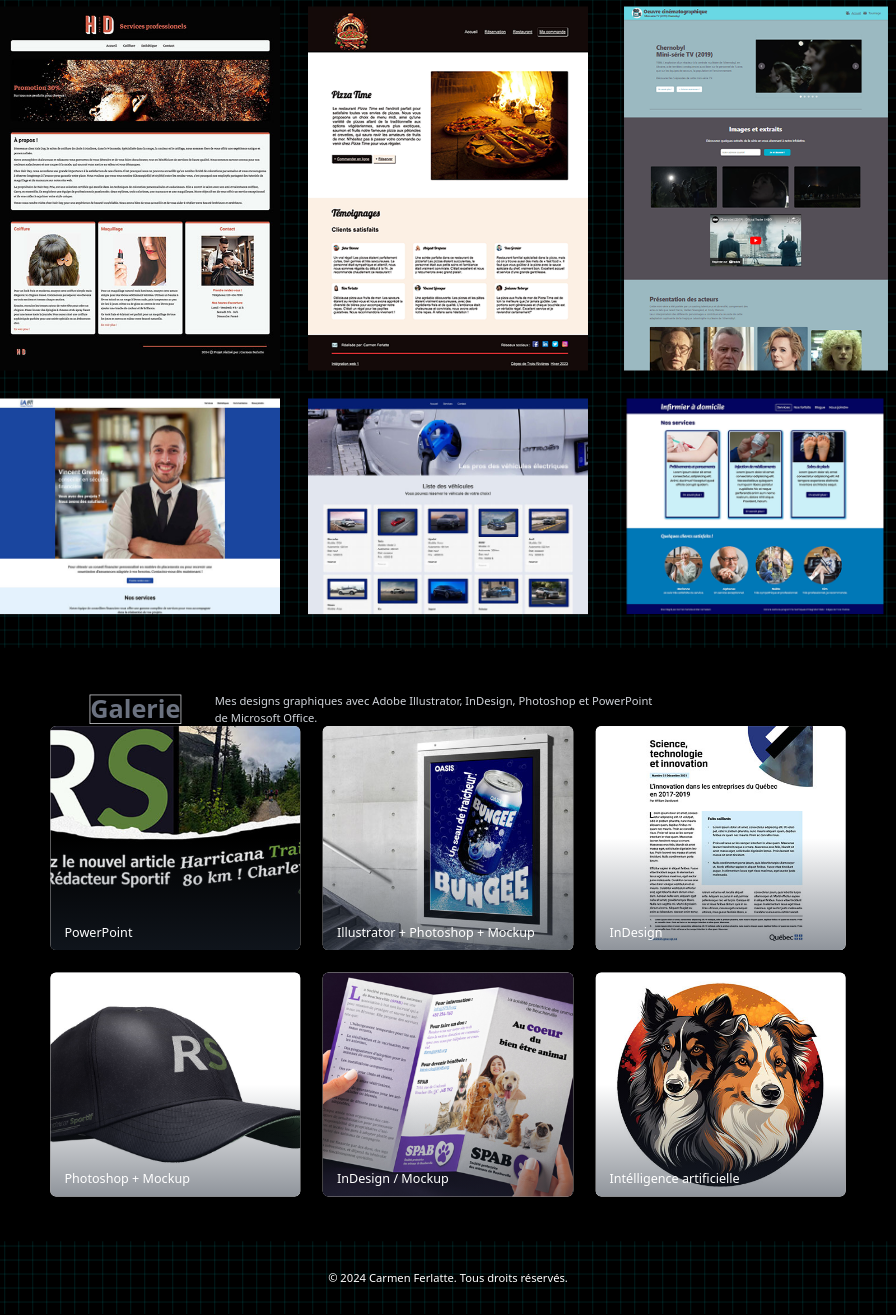
Repository: CarmenFerlatte/TP3__FerlatteCarmen
Page: realisations.html
These files come from the project's save history. The page is drawn as it stood at one moment and after the next save; the edit follows.
The browser window is 1280 px wide. The pictures show the part of the page from y = 1015 to 2935 px (the page is 2893 px tall before and 2935 px after), at 70% of full size.
Some web libraries are served in a nearby version. The style sheet was rebuilt from its Sass, Less or Tailwind sources for each picture, by a compiler version that may differ from the author's.

Above is the page before, as saved 2024-08-22 11:31:30.
Console error: TypeError: Cannot read properties of null (reading 'addEventListener')

### realisations.html
<!DOCTYPE html>
<html lang="fr-ca">
<head>
    <meta charset="UTF-8">
    <meta name="viewport" content="width=device-width, initial-scale=1.0">
    <link href="https://cdn.jsdelivr.net/npm/tailwindcss@2.2.19/dist/tailwind.min.css" rel="stylesheet">
    <title>Mon Portefolio</title>
    <script src="https://cdn.tailwindcss.com"></script>
    <link href="https://cdn.jsdelivr.net/npm/tailwindcss@2.2.19/dist/tailwind.min.css" rel="stylesheet">
    <link rel="stylesheet" href="https://cdnjs.cloudflare.com/ajax/libs/font-awesome/6.4.0/css/all.min.css">
    <link rel="stylesheet" href="style/css/style.css">
    <link rel="apple-touch-icon" sizes="180x180" href="img/favicons/apple-touch-icon.png">
    <link rel="icon" type="image/png" sizes="32x32" href="img/favicons/favicon-32x32.png">
    <link rel="icon" type="image/png" sizes="16x16" href="img/favicons/favicon-16x16.png">
    <link rel="manifest" href="img/favicons/site.webmanifest">
    <script src="https://code.jquery.com/jquery-3.6.0.min.js"></script>
    <script src="js/navbar.js" defer></script>
    <script src="js/script.js" defer></script>
    <script src="js/header.js" defer></script>
    <script src="js/install.js" defer></script>
    <script>
        $(function(){
            $("#header").load("assets/php/header.html");
            $("#footer").load("assets/php/footer.html");
        });
    </script>
</head>

<body class="bg-black text-white h-dvh">
    <header id="header"></header>

<main>
    <section class="md:h-full bg-black text-white py-8 sm:py-11 lg:py-12">
         <h1 class="text-2xl md:text-3xl lg:text-4xl xl:text-5xl font-bold text-center mt-20 border">Mes Réalisations</h1>
    <div class="container flex justify-center items-center mx-auto px-4 py-10 sm:py-20 md:py-4">

        <p class="text-sm sm:text-md md:text-base lg:text-1xl xl:text-2xl leading-6 text-left lg:py-20 px-5 md:px-2 lg:px-1 2xl:px-0 text-gray-200 border">Passionnée par le développement web 🖥  et le design 🎨, j'ai réalisé divers projets mettant en œuvre mes compétences 📑  en HTML , CSS, JavaScript et React. Ces technologies 👩‍💻 me permettent de créer des interfaces dynamiques 🚀 et interactives, alliant esthétisme et fonctionnalité. Parallèlement, j'explore ma créativité à travers des travaux de design élaborés avec la suite Adobe, où je m'applique avec enthousiasme 😃  à transformer des idées en visuels percutants. Mon approche multidisciplinaire me permet d'allier techniques de programmation et sens de l'esthétique <span><img class="w-7 inline-block align-middle" src="img/icons/design_web.svg" alt="icone design web"></span> , garantissant des projets non seulement performants mais également visuellement 👀 attrayants.  </p>

    </div>

<div class="container mx-auto px-4 py-1 md:py-5 md:mb-0 mt-[-10px] md:mt-0">
    <div class="grid grid-cols-12 gap-4 flex items-stretch px-5 md:px-2 lg:px-1">
        <div class="col-span-12 md:col-span-6 lg:col-span-4">
            <a href="#projets" title="Voir les projets">
                <div class="relative group cursor-pointer bg-gray-800 p-6 rounded-lg shadow-lg hover:bg-gray-700 hover:shadow-xl transition duration-300">
                    <h3 class="text-lg md:text-1xl lg:text-2xl font-bold text-gray-200">Développement Web</h3>
                    <p class="text-base md:text-lg lg:text-1xl  text-gray-300 mt-4 mb-1">Projets réalisés en HTML, CSS, JavaScript et React.</p>
                    <p class="flex">
                        <img src="img/icons/html5_icon.svg" alt="HTML5 icône" class="w-8 h-8 mt-2 mx-1">
                        <img src="img/icons/css3_icon.svg" alt="CSS3 icône" class="w-8 h-8 mt-2 mx-1">
                        <img src="img/icons/javascript_icon.svg" alt="JavaScript icône" class="w-7 h-7 mt-3 mx-1">
                        <img src="img/icons/react_native_icon.svg" alt="React icône" class="w-8 h-8 mt-3 mx-1">
                    </p>
                </div>
            </a>
        </div>

        <div class="col-span-12 md:col-span-6 lg:col-span-4 flex flex-col">
            <a href="#galerie" title="Voir les designs" class="flex-grow">
                <div class="relative group cursor-pointer bg-gray-800 p-6 rounded-lg shadow-lg hover:bg-gray-700 hover:shadow-xl transition duration-300 flex flex-col">
                    <h3 class="text-lg md:text-1xl lg:text-2xl font-bold text-gray-200 group">Design Graphique</h3>
                    <p class="text-base md:text-lg lg:text-1xl text-gray-300 mt-4 mb-1">Designs graphiques avec la suite Adobe et PowerPoint.</p>
                    <div class="flex">
                        <img src="img/icons/adobe-illustrator_icon.svg" alt="Illustrator icône" class="w-8 h-8 mt-2 mx-1">
                        <img src="img/icons/adobe_photoshop_icon.svg" alt="Photoshop icône" class="w-8 h-8 mt-2 mx-1">
                        <img src="img/icons/adobe_indesign_icon.svg" alt="InDesign icône" class="w-8 h-8 mt-2 mx-1">
                        <img src="img/icons/adobe-xd_icon.svg" alt="XD icône" class="w-8 h-8 mt-2 mx-1">
                        <img src="img/icons/Adobe_Acrobat_Reader_icon.svg" alt="Acrobat Reader icône" class="w-6 h-6 mt-3 mx-1">
                        <img src="img/icons/microsoft_powerpoint_icon.svg" alt="PowerPoint icône" class="w-8 h-8 mt-2 mx-1">
                    </div>
                </div>
            </a>
        </div>

        <div class="col-span-12 md:col-span-6 lg:col-span-4 flex flex-col">
            <a href="#galerie" title="Voir les projets" class="flex-grow">
                <div class="relative group cursor-pointer bg-gray-800 p-6 rounded-lg shadow-lg hover:bg-gray-700 hover:shadow-xl transition duration-300 flex flex-col">
                    <h3 class="text-lg md:text-1xl lg:text-2xl font-bold text-gray-200">Intelligence Artificielle</h3>
                    <p class="text-base md:text-lg lg:text-2xl text-gray-300 mt-4 mb-1">Création de logos avec l'intelligence artificielle.</p>
                    <div class="flex">
                        <img src="img/icons/intelligence_artificielle_icon.svg" alt="PowerPoint icône" class="w-8 h-8 mt-2 mx-1">
                    </div>
                </div>
            </a>
        </div>
    </div>
</div>


    </section>

    <section class="cyber-grid md:mt-auto">
        <div class="max-w-screen-sm md:max-w-screen-md lg:max-w-screen-lg 2xl:max-w-screen-2xl mx-auto flex inlign-flex align-items pt-10"><h2 id="projets" class="text-2xl md:text-3xl lg:text-4xl font-bold text-gray-500 lg:text-3xl dark:text-white ml-10 sm:ml-0">Projets</h2>
        <p class="hidden max-w-screen-sm text-1xl text-gray-300 dark:text-gray-300 md:block pt-3 pl-5">
                Projets réalisés en html, css et JavaScript.
                </p></div>
    <div class="container mx-auto py-8 md:mt-2 px-2 md:px-2 lg:px-0">

        <div class="grid grid-cols-1 md:grid-cols-2 lg:grid-cols-3 gap-10 p-4 w-full mx-auto place-items-start px-10 sm:px-0">
            <img class="hover:opacity-75" src="img/screenshots/2024__projet__salon_de_coiffure.jpg" alt="image">
            <img class="hover:opacity-75" src="img/screenshots/2024__projet__restaurant.png" alt="image">
            <img class="hover:opacity-75" src="img/screenshots/2024__projet_cinema.png" alt="image">
            <img class="hover:opacity-75" src="img/screenshots/2024__projet__vincent_grenier_w600.jpg" alt="image">
            <img class="hover:opacity-75" src="img/screenshots/mon_premier_projet_react.jpg" alt="image">
            <img class="hover:opacity-75" src="img/screenshots/2023__projet__soins_infirmiers.png" alt="image">
        </div>
    </div>
</section>
    <section class="dark:bg-gray-800 h-full pt-16">
        <div class="flex items-center gap-12 max-w-screen-sm md:max-w-screen-md lg:max-w-screen-lg 2xl:max-w-screen-2xl mx-auto mb-0">
            <h2 id="galerie" class="text-2xl md-text-3xl lg:text-4xl font-bold text-gray-500 dark:text-white border">Galerie</h2>

            <p class="hidden max-w-screen-sm text-1xl text-gray-300 dark:text-gray-300 md:block">
                Mes designs graphiques avec Adobe Illustrator, InDesign, Photoshop et PowerPoint de Microsoft Office.
            </p>
        </div>
    <div class="mx-auto h-auto max-w-screen-2xl px-4 md:px-8 mb-16 mt-[-40px] md:mt-auto">

        <div class="grid grid-cols-1 md:grid-cols-2 lg:grid-cols-3 mx-10 gap-4 md:gap-6 xl:gap-8">
            <!-- image - start -->
            <a href="https://le-redacteur-sportif.ca/harricana_trail_2023.html" title="Le Rédacteur Sportif" target="_blank" rel="noopener noreferrer"
                class="group relative flex items-end h-72 md:h-80 overflow-hidden rounded-lg bg-gray-100 shadow-lg">
                <img src="img/design/harricana_trail_80km__charlevoix__Vincent_Greniert.jpg" loading="lazy" alt="Projet Carmen Ferlatte Adobe InDesign (brochure)" class="absolute inset-0 h-full w-full object-cover object-center transition duration-200 group-hover:scale-110">

                <div
                    class="pointer-events-none absolute inset-0 bg-gradient-to-t from-gray-800 via-transparent to-transparent opacity-50">
                </div>

                <span class="relative ml-4 mb-3 inline-block text-sm text-white md:ml-5 md:text-lg">PowerPoint</span>
            </a>
            <!-- image - end -->

            <!-- image - start -->
            <div
                class="group relative flex items-end h-72 md:h-48 overflow-hidden rounded-lg bg-gray-100 shadow-lg md:h-80">
                <img src="img/design/05__affiche_bungee__Carmen_Ferlatte.jpg" loading="lazy" alt="Projet Carmen Ferlatte Adobe Illustrator (affiche)" class="absolute inset-0 h-full w-full object-cover object-center transition duration-200 group-hover:scale-110">

                <div
                    class="pointer-events-none absolute inset-0 bg-gradient-to-t from-gray-800 via-transparent to-transparent opacity-50">
                </div>

                <span class="relative ml-4 mb-3 inline-block text-sm text-white md:ml-5 md:text-lg">Illustrator + Photoshop + Mockup</span>
            </div>
            <!-- image - end -->

            <!-- image - start -->
            <div
                class="group relative flex items-end h-72 md:h-48 overflow-hidden rounded-lg bg-gray-100 shadow-lg md:h-80">
                <img src="img/design/exercice_inDesign__Carmen_Ferlatte.jpg" loading="lazy" alt="Photo by Magicle" class="absolute inset-0 h-full w-full object-cover object-center transition duration-200 group-hover:scale-110">

                <div
                    class="pointer-events-none absolute inset-0 bg-gradient-to-t from-gray-800 via-transparent to-transparent opacity-50">
                </div>

                <span class="relative ml-4 mb-3 inline-block text-sm text-white md:ml-5 md:text-lg">InDesign</span>
            </div>
            <!-- image - end -->

            <!-- image - start -->
            <a href="https://le-redacteur-sportif.ca/harricana_trail_2023.html" title="Le Rédacteur Sportif" target="_blank" rel="noopener noreferrer"
                class="group relative flex items-end h-72 md:h-48 overflow-hidden rounded-lg bg-gray-100 shadow-lg md:h-80">
                <img src="img/design/casquette__RS__w1200.jpg" loading="lazy" alt="Affiche médias sociaux PowerPoint / Carmen Ferlatte" class="absolute inset-0 h-full w-full object-cover object-center transition duration-200 group-hover:scale-110">

                <div
                    class="pointer-events-none absolute inset-0 bg-gradient-to-t from-gray-800 via-transparent to-transparent opacity-50">
                </div>

                <span class="relative ml-4 mb-3 inline-block text-sm text-white md:ml-5 md:text-lg">Photoshop + Mockup</span>
            </a>
            <!-- image - end -->

            <!-- image - start -->
            <div
                class="group relative flex h-72 md:h-48 items-end overflow-hidden rounded-lg bg-gray-100 shadow-lg md:h-80">
                <img src="img/design/projet__brochure__spa__450x345.jpg" loading="lazy" alt="Brochure InDesign et Mockup / Carmen Ferlatte" class="absolute inset-0 h-full w-full object-cover object-center transition duration-200 group-hover:scale-110">

                <div
                    class="pointer-events-none absolute inset-0 bg-gradient-to-t from-gray-800 via-transparent to-transparent opacity-50">
                </div>

                <span class="relative ml-4 mb-3 inline-block text-sm text-white md:ml-5 md:text-lg">InDesign / Mockup</span>
            </div>
            <!-- image - end -->
             <!-- image - start -->
            <div
                class="group relative flex h-72 md:h-48 items-end overflow-hidden rounded-lg bg-gray-100 shadow-lg md:h-80">
                <img src="img/design/logo_colley_carmen_ferlatte.jpg" loading="lazy" alt="Logo fait avec l'Intélligence artificielle / Carmen Ferlatte" class="absolute inset-0 h-full w-full object-cover object-center transition duration-200 group-hover:scale-110">

                <div
                    class="pointer-events-none absolute inset-0 bg-gradient-to-t from-gray-800 via-transparent to-transparent opacity-50">
                </div>

                <span class="relative ml-4 mb-3 inline-block text-sm text-white md:ml-5 md:text-lg">Intélligence artificielle</span>
            </div>
            <!-- image - end -->
        </div>
    </div>
</section>
</main>

   <footer id="footer" class="block clear-both mt-16"></footer>
</body>
</html>

### js/header.js
// Header and footer loading script

$(function () {
    $('#header').load('assets/php/header.html', function() {
        let navbar = document.querySelector('.bg-animated');
        if (navbar) {
            let lastScrollTop = 0;

            window.addEventListener('scroll', function () {
                let scrollTop = window.scrollY || document.documentElement.scrollTop;
                if (scrollTop > lastScrollTop) {
                    // Scroll down
                    navbar.classList.add('navbar-hidden');
                } else {
                    // Scroll up
                    navbar.classList.remove('navbar-hidden');
                }

                    lastScrollTop = scrollTop;
            });
        } else {
            console.error('Navbar not found');
        }
    });
    $('#footer').load('assets/php/footer.html', function (response, status, xhr) {
        if (status === "error") {
            console.error("Erreur de chargement du pied de page: " + xhr.status + " " + xhr.statusText);
        } else {
            console.log("Le pied de page a été chargé avec succès");
        }
    });
});

### js/install.js
// Description: Script pour l'installation de la PWA

let deferedInstallPrompt = null;
    const installButton = document.getElementById('butInstall');

    installButton.addEventListener('click', installPWA);

    window.addEventListener('beforeInstallPrompt', afficherButtonInstall);

    function afficherBoutonInstall(evt) {
        deferedInstallPrompt = evt;
        installButton.removeAttribute('hidden');
    }

    function installPWA(evt) {
        deferedInstallPrompt.prompt();
        evt.srcElement.setAttribute('hidden', true);
        deferedInstallPrompt.userChoice
            .then((choice) => {
                if (choice.outcome === 'accepted') {
                    console.log("L'usager a installé la PWA VIA le mon bouton d'installation", choice);
                } else {
                    console.log("Lusager a refusé l'installation de la PWA VIA le boutton d'installation", choice);
                }
                deferedInstallPrompt = null;
            });

        function logAppInstalled(evt) {
            console.log("L'usager a installé la PWA VIA Les ... de Chrome");
    }
 };

### assets/php/header.html
<header>
  <nav class="bg-animated cyber-grid fixed w-full z-50">
    <div class="w-full mx-auto px-6 md:px-10">
      <div class="flex justify-between items-center py-6">
        <a
          href="index.html"
          class="text-xl sm:text-1xl lg:text-2xl font-bold neon-text glitch-effect"
          data-text="Carmen Ferlatte"
          >Carmen Ferlatte</a
        >
        <label for="menu-toggle">Portefolio</label>
        <input type="checkbox" id="menu-toggle" class="hidden" />
        <label for="menu-toggle" class="menu-icon cursor-pointer md:hidden">
          <span class="hamburger"></span>
        </label>
        <ul class="menu hidden md:flex md:items-center space-x-10">
          <li>
            <a href="index.html" class="nav-link" data-text="Accueil"
              >Accueil</a
            >
          </li>
          <li>
            <a
              href="realisations.html"
              class="nav-link"
              data-text="Réalisations"
              >Réalisations</a
            >
          </li>
          <li>
            <a href="contact.html" class="nav-link" data-text="Contact"
              >Contact</a
            >
          </li>
          <!-- <li><a href="#" class="bg-gradient-to-r from-cyan-500 to-blue-500 text-white font-bold py-2 px-4 rounded hover:from-cyan-600 hover:to-blue-600 transition-all duration-300">Sign Up</a></li> -->
        </ul>
      </div>
    </div>
  </nav>
</header>

### assets/php/footer.html
<footer class="cyber-grid">
    <div class="container mx-auto px-4 py-10">
        <p class="text-center text-white">© 2024 Carmen Ferlatte. Tous droits réservés.</p>
   </div>
</footer>

### style/sass/style.scss
@use "navbar" as *;

### style/sass/_navbar.scss
@keyframes neon-pulse {
    0%, 100% {
        text-shadow: 0 0 5px #fff, 0 0 10px #fff, 0 0 15px #fff, 0 0 20px #0891b2, 0 0 35px #0891b2, 0 0 40px #0891b2, 0 0 50px #0891b2, 0 0 75px #0891b2;
    }
    50% {
        text-shadow: 0 0 2px #fff, 0 0 5px #fff, 0 0 7px #fff, 0 0 10px #0891b2, 0 0 17px #0891b2, 0 0 20px #0891b2, 0 0 25px #0891b2, 0 0 37px #0891b2;
    }
}

.neon-text {
    animation: neon-pulse 1.5s infinite alternate;
}

.bg-animated {
    background: linear-gradient(-45deg, #000000, #1a1a1a, #000033, #003366);
    background-size: 400% 400%;
    animation: gradient 15s ease infinite;
}

@keyframes gradient {
    0% { background-position: 0% 50%; }
    50% { background-position: 100% 50%; }
    100% { background-position: 0% 50%; }
}

.cyber-grid {
    background-image:
        linear-gradient(rgba(0, 255, 255, 0.1) 1px, transparent 1px),
        linear-gradient(90deg, rgba(0, 255, 255, 0.1) 1px, transparent 1px);
    background-size: 20px 20px;
    animation: cyber-grid-move 20s linear infinite;
}

@keyframes cyber-grid-move {
    0% { background-position: 0 0; }
    100% { background-position: 20px 20px; }
}



.nav-link {
    position: relative;
    overflow: hidden;

        &::before {
            content: '';
            position: absolute;
            bottom: 0;
            left: 0;
            width: 100%;
            height: 2px;
            background-color: #0891b2;
            transform: translateX(-100%);
            transition: transform 0.3s ease;
        }

       &:hover::before {
            transform: translateX(0);
        }

        &::after {
            content: attr(data-text);
            position: absolute;
            top: 0;
            left: 0;
            width: 100%;
            height: 100%;
            display: flex;
            align-items: center;
            justify-content: center;
            transform: translateY(100%);
            background: linear-gradient(to bottom, #0891b2, #3e43cb);
            -webkit-background-clip: text;
            background-clip: text;
            -webkit-text-fill-color: transparent;
            transition: transform 0.3s ease;
        }

        &:hover::after {
            transform: translateY(0);
        }
}


.glitch-effect {
    position: relative;

    &::before,
    &::after {
        content: attr(data-text);
        position: absolute;
        top: 0;
        left: 0;
        width: 100%;
        height: 100%;
        opacity: 0.8;
    }

    &::before {
        left: 2px;
        text-shadow: -2px 0 #ff00de;
        clip: rect(24px, 550px, 90px, 0);
        animation: glitch-anim 3s infinite linear alternate-reverse;
    }

    &::after {
        left: -2px;
        text-shadow: -2px 0 #0891b2;
        clip: rect(85px, 550px, 140px, 0);
        animation: glitch-anim 2s infinite linear alternate-reverse;
    }

}



@keyframes glitch-anim {
    0% { clip: rect(39px, 9999px, 71px, 0); }
    20% { clip: rect(3px, 9999px, 5px, 0); }
    40% { clip: rect(6px, 9999px, 38px, 0); }
    60% { clip: rect(13px, 9999px, 43px, 0); }
    80% { clip: rect(44px, 9999px, 93px, 0); }
    100% { clip: rect(54px, 9999px, 47px, 0); }
}

#menu-toggle {
    &:checked {
        ~ .menu {
            display: block;
        }

        ~ .menu-icon {
            .hamburger {
                transform: rotate(45deg);

                &::before {
                    transform: translateY(8px) rotate(90deg);
                }

                &::after {
                    transform: translateY(-8px) rotate(90deg);
                }
            }
        }
    }
}

.hamburger,
.hamburger::before,
.hamburger::after {
    content: '';
    display: block;
    background: #0891b2;
    height: 3px;
    width: 30px;
    transition: transform 0.5s cubic-bezier(0.23, 1, 0.32, 1);
}

.hamburger {
    &::before {
        transform: translateY(-8px);
    }

    &::after {
        transform: translateY(8px);
    }
}

@media (max-width: 768px) {
    .menu {
        position: fixed;
        top: 60px;
        left: 0;
        right: 0;
        width: 100%;
        height: 0;
        background: rgba(0, 0, 0, 0.9);
        overflow: hidden;
        transition: height 0.5s cubic-bezier(0.23, 1, 0.32, 1);
        text-align: right;
        padding-right: 20px;
        padding-top: 20px;

        a {
            display: block;
            font-size: 1.2rem;
            padding: 10px 0;
            text-decoration: underline 2px #0891b2;

            &:hover {
                color: #0891b2;
                text-decoration: none;
                cursor: pointer;
            }
        }
    }

    #menu-toggle:checked ~ .menu {
        height: calc(100vh - 60px);
    }
}

@media (max-width: 640px) {
    .no-glitch {
        animation: none !important;
    }
}

/*-------------Invisible Navbar-------------*/

.navbar-hidden {
    transform: translateY(-100%);
    transition: transform 0.3s ease-in-out;
}

Loaded but not shown: js/script.js (33 lines, source omitted); js/navbar.js (30 lines, source omitted)

After the next save:
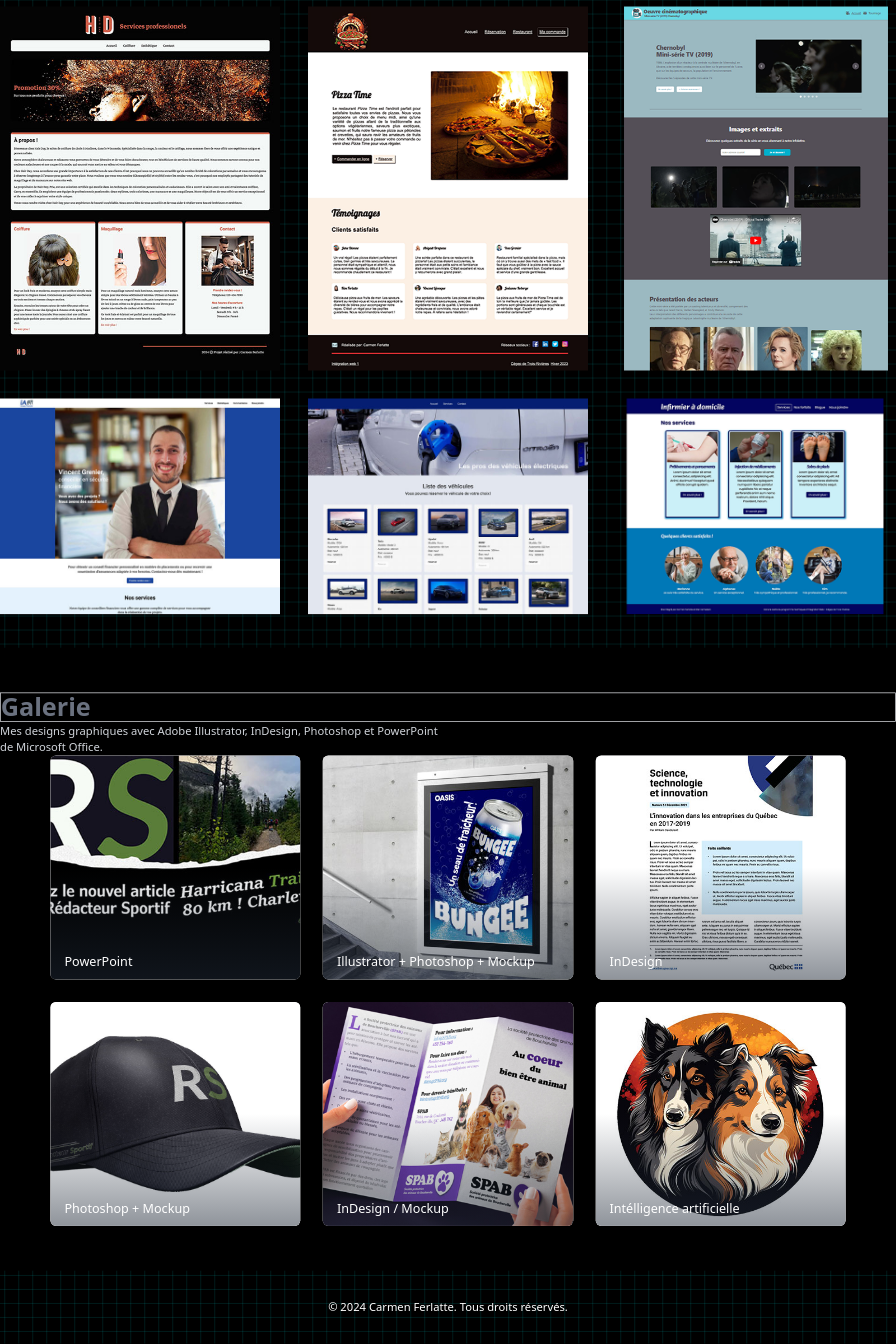
Saved 43 s later.
--- a/realisations.html
+++ b/realisations.html
@@ -107,7 +107,7 @@
     </div>
 </section>
     <section class="dark:bg-gray-800 h-full pt-16">
-        <div class="flex items-center gap-12 max-w-screen-sm md:max-w-screen-md lg:max-w-screen-lg 2xl:max-w-screen-2xl mx-auto mb-0">
+        <div class="w-">
             <h2 id="galerie" class="text-2xl md-text-3xl lg:text-4xl font-bold text-gray-500 dark:text-white border">Galerie</h2>
 
             <p class="hidden max-w-screen-sm text-1xl text-gray-300 dark:text-gray-300 md:block">
